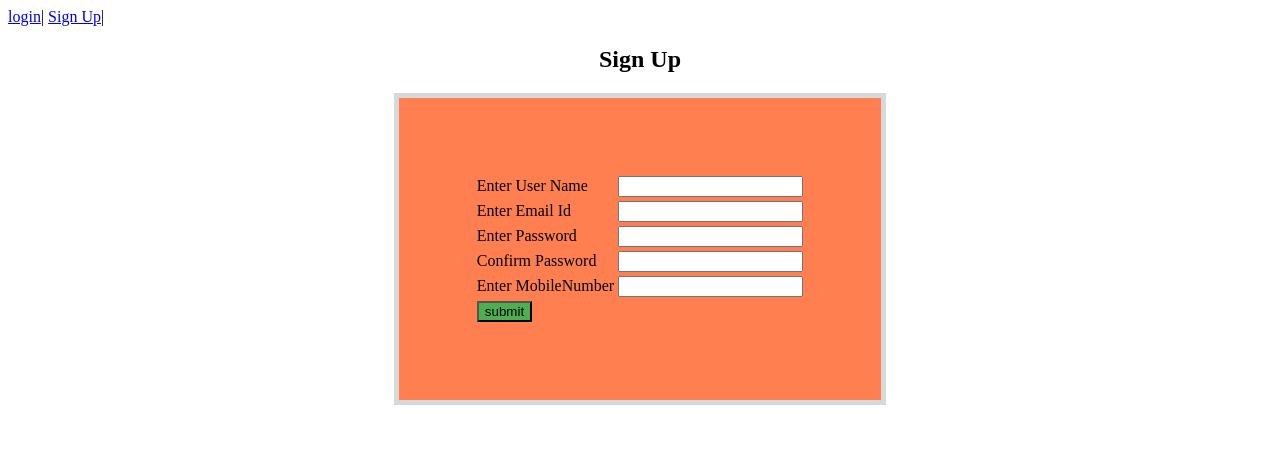
Repository: ashwinipatil321/ServletPrograms
Page: http://localhost/loginAndRegisterServlet/Register.jsp
These files come from the project's save history. The page is drawn as it stood at one moment and after the next save; the edit follows.
The browser window is 1280 px wide. The pictures show the whole page.
The page is served by Tomcat 9. Other server files are loaded and not shown.

Above is the page before, as saved 2017-11-06 13:32:07.

### loginAndRegisterServlet/WebContent/Register.jsp
<%@ page language="java" contentType="text/html; charset=UTF-8"
	pageEncoding="UTF-8"%>
<!DOCTYPE html PUBLIC "-//W3C//DTD HTML 4.01 Transitional//EN" "http://www.w3.org/TR/html4/loose.dtd">
<html>
<head>
<meta http-equiv="Content-Type" content="text/html; charset=UTF-8">
<title>Insert title here</title>

<style type="text/css">
table {
	border: 5px solid #D5D8DC;
	padding: 75px;
	margin: auto;
}

table {
	background-color: coral;
}

.submit {
	text-align: center;

	background-color: #4CAF50;
}
</style>
</head>
<body>
	<%@ include file="index.jsp"%>

	<div>
		<center>
			<form action="RegisterServlet" method="post">
				<table border="0">
					<h2>Sign Up</h2>
					<tr>
						<td>Enter User Name</td>
						<td><input type="text" name="UserName"></td>
					</tr>

					<tr>
						<td>Enter Email Id</td>
						<td><input type="text" name="EmailId"></td>
					</tr>


					<tr>
						<td>Enter Password</td>
						<td><input type="password" name="password"></td>
					</tr>


					<tr>
						<td>Confirm Password</td>
						<td><input type="password" name="confirmPassword"></td>
					</tr>

					<tr>
						<td>Enter MobileNumber</td>
						<td><input type="text" name="MobileNumber"></td>
					</tr>
					<center>
						<tr>
							<div style="text-align: center;">
							<td><input type="submit" value="submit" class="submit"></td>
							</div>
						</tr>
					</center>
				</table>
			</form>
	</div>
</body>
</html>

### loginAndRegisterServlet/WebContent/index.jsp
<%@ page language="java" contentType="text/html; charset=UTF-8"
    pageEncoding="UTF-8"%>
<!DOCTYPE html PUBLIC "-//W3C//DTD HTML 4.01 Transitional//EN" "http://www.w3.org/TR/html4/loose.dtd">
<html>
<head>
<meta http-equiv="Content-Type" content="text/html; charset=UTF-8">
<title>Insert title here</title>
</head>
<body>
<a href="login.jsp">login</a>|
<a href="Register.jsp">Sign Up</a>|
</body>
</html>

After the next save:
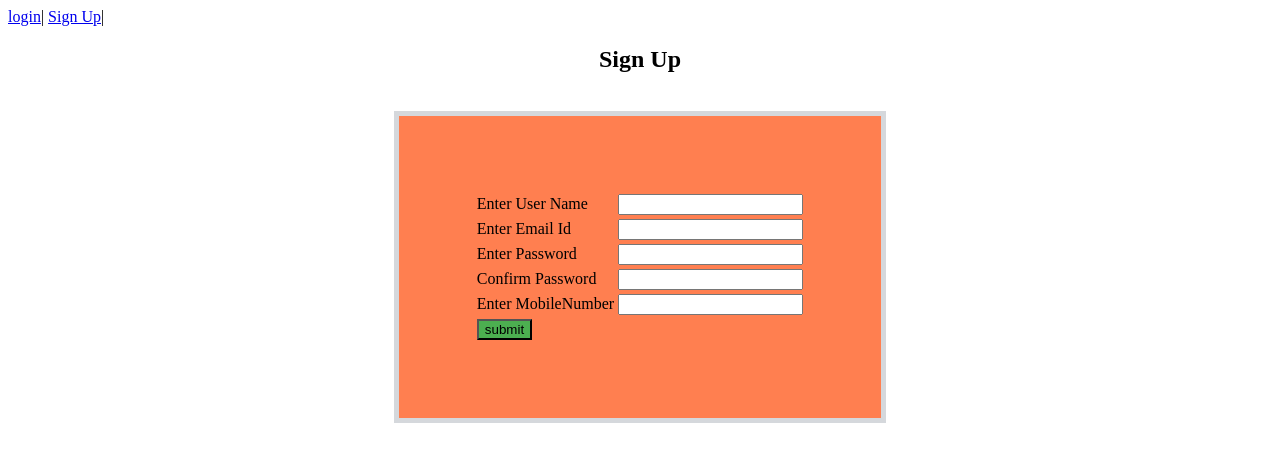
Saved 50 s later.
--- a/loginAndRegisterServlet/WebContent/Register.jsp
+++ b/loginAndRegisterServlet/WebContent/Register.jsp
@@ -33,7 +33,7 @@ table {
 				<table border="0">
 					<h2>Sign Up</h2>
 					<tr>
-						<td>Enter User Name</td>
+						<td>Enter User Name</td><br>
 						<td><input type="text" name="UserName"></td>
 					</tr>
 
